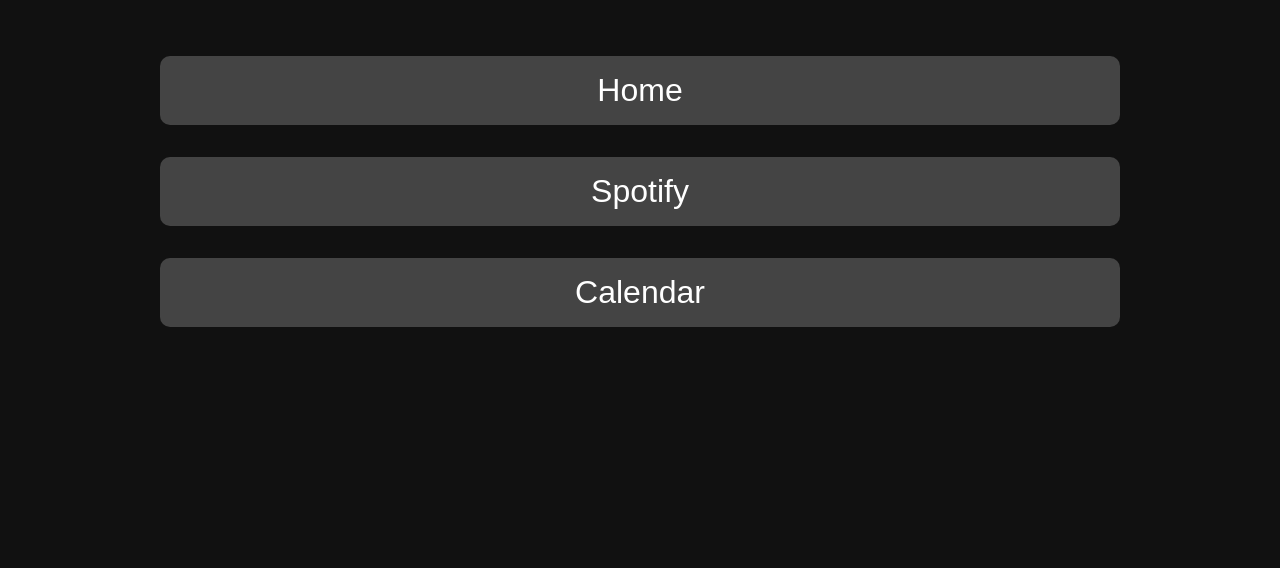
Repository: dakim21/Smart-Mirror
Page: http://localhost/remote
The author's editor kept a copy of each file at every save. The page is drawn from the files as they stood at one save, then again after the next save.
The browser window is 1280 px wide. The pictures show the whole page.
The page is served by the project's application, run on Flask 3 (app.py).

Above is the page before, as saved 2025-04-25 21:57:39.

After the next save:
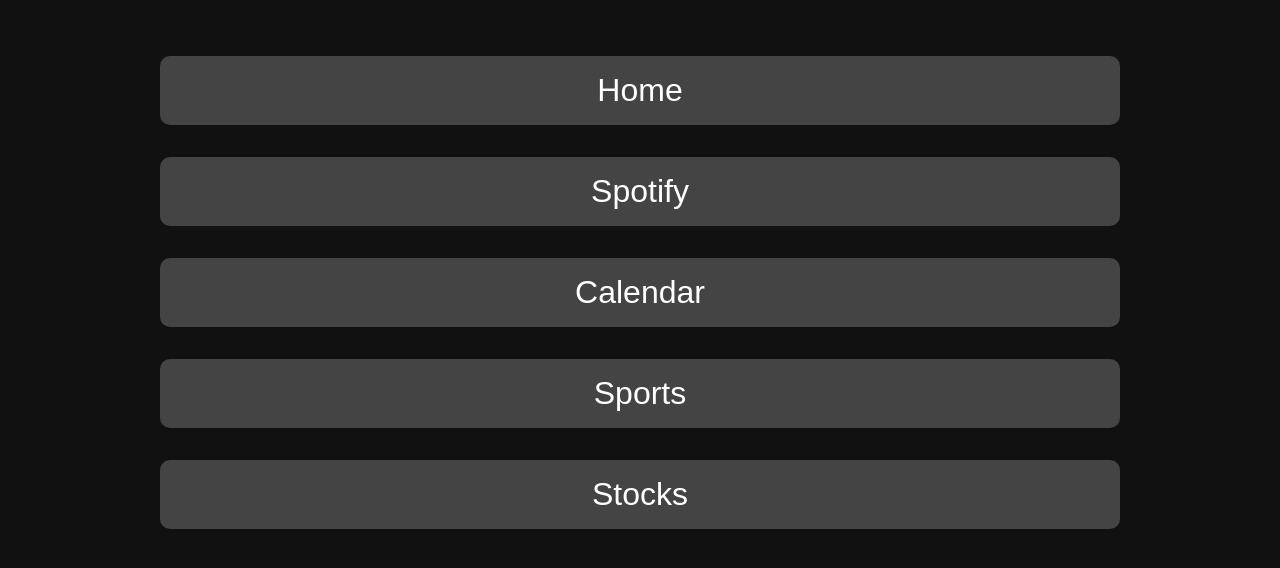
Saved 65 s later.
--- a/templates/remote.html
+++ b/templates/remote.html
@@ -36,6 +36,8 @@
   <button onclick="setPage('home')">Home</button>
   <button onclick="setPage('spotify')">Spotify</button>
   <button onclick="setPage('calendar')">Calendar</button>
+  <button onclick="setPage('sports')">Sports</button>
+  <button onclick="setPage('stocks')">Stocks</button>
 
   <script>
     async function setPage(page) {
